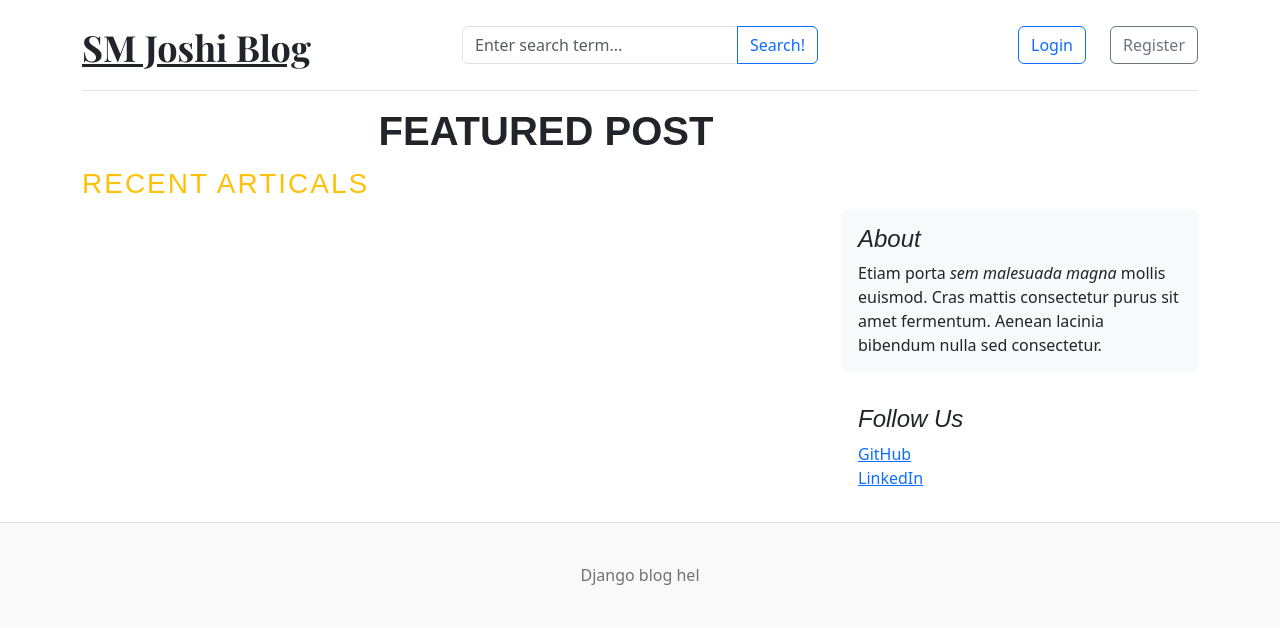
Repository: vijayholve/Blog-Website-Django
Page: templates/home.html
The author's editor kept a copy of each file at every save. The page is drawn from the files as they stood at one save, then again after a run of saves.
The browser window is 1280 px wide. The pictures show the whole page.
Some web fonts or font styles are not loaded; a fallback is used. The template is drawn by Django 5.2. The application's start-up code is not run. Other server files are loaded and not shown. The template is opened directly, without the code that normally fills it, so the values that code supplies are empty.

Above is the page before, as saved 2025-01-29 16:55:11.

### templates/home.html

{% extends 'base/base.html' %}

{% block content %}

{% for post in featured_post %}
 {% if forloop.first %}
<div class="jumbotron p-3 p-md-5 text-white rounded bg-dark" style="background-image: url({{ post.blog_image.url }});background-blend-mode: overlay;background-size:cover;">
    <div class="col-md-8 px-0">
      <h1 class="display-4 font-italic"><a href="{% url 'blogs' post.slug %}">{{ post.title }}</a></h1>
      <p class="lead my-3">{{ post.short_description | truncatewords:20 }}</p>
      <p class="lead mb-0"><a href="#" class="text-white font-weight-bold">Continue reading...</a></p>
    </div>
</div>
  {% endif %}
{% endfor %}


<!-- Featured POST -->
<div class="container row mb-2">
  <div class="container">

    <h1 class="fw-bolder mb-1 mr-4 text-uppercase text-dark text-bold text-lg-center" >Featured POST</h1>
    {% for post in featured_post %}
    {% if not forloop.first %}
    <div class="col-md-6">
      <div class="card border-0" >
        <div class="card-body">
          <h3><a href="{% url 'blogs' post.slug %}">{{ post.title }}</a></h3>
          <small class="mb-1 text-muted">
            <span class=" material-symbols-outlined">
              schedule
            </span>
            {{ post.created_at | timesince }} ago | {{ post.author }}</small>
            <p class="card-text">{{ post.short_description | truncatewords:20 }}</p>
          </div>
        </div>
      </div>
      {% endif %}
      {% endfor %}
    </div>

  </div>
  <!-- Recent artical -->
  <main role="main" class="container ">
    <h3 class="text-uppercase text-warning" style="letter-spacing: 2px;">Recent Articals</h3>
    <div class="row">
      <div class="col-md-8 blog-main">
        {% for post in posts %}
        <div class="card border-0" >
          <div class="card-body">
            <h3><a href="{% url 'blogs' post.slug %}">{{ post.title }}</a></h3>
            <small class="mb-1 text-muted">{{ post.created_at | timesince }} ago | {{ post.author }}</small>
            <p class="card-text">{{ post.short_description | truncatewords:20 }}</p>
          </div>
        </div>
        {% endfor %}
      </div>
      <!-- /.blog-main -->

      <aside class="col-md-4 blog-sidebar">
        <div class="p-3 mb-3 bg-light rounded">
          <h4 class="font-italic">About</h4>
          <p class="mb-0">Etiam porta <em>sem malesuada magna</em> mollis euismod. Cras mattis consectetur purus sit amet fermentum. Aenean lacinia bibendum nulla sed consectetur.</p>
        </div>

        <div class="p-3">
          <h4 class="font-italic">Follow Us</h4>
          <ol class="list-unstyled">
            <li><a href="#">GitHub</a></li>
            <li><a href="#">LinkedIn</a></li>
          </ol>
        </div>
      </aside><!-- /.blog-sidebar -->

    </div><!-- /.row -->

  </main><!-- /.container -->

</div>
{% endblock %}

### templates/base/base.html
<!-- Header part -->
{% include './header.html' %}

<!-- Main content part -->
{% block content %}
<div class="container-fluid">

</div>
{% endblock %}

<!-- Footer -->
{% include './footer.html' %}

### templates/base/header.html
{% load static %}
<!DOCTYPE html>
<html lang="en">
<head>
    <meta charset="UTF-8">
    <meta http-equiv="X-UA-Compatible" content="IE=edge">
    <meta name="viewport" content="width=device-width, initial-scale=1.0">
    <title>SM Joshi Blogs</title>
    <link href="https://getbootstrap.com/docs/4.0/dist/css/bootstrap.min.css" rel="stylesheet">
    <link href="https://fonts.googleapis.com/css?family=Playfair+Display:700,900" rel="stylesheet">
    <link href="{% static 'css/blog.css' %}" rel="stylesheet">
    <link href="{% static 'css/Navbar.css' %}" rel="stylesheet">
    <link rel="stylesheet" href="https://cdn.jsdelivr.net/npm/bootstrap@4.4.1/dist/css/bootstrap.min.css" integrity="sha384-Vkoo8x4CGsO3+Hhxv8T/Q5PaXtkKtu6ug5TOeNV6gBiFeWPGFN9MuhOf23Q9Ifjh" crossorigin="anonymous">
    <link href="https://cdn.jsdelivr.net/npm/bootstrap@5.3.3/dist/css/bootstrap.min.css" rel="stylesheet" integrity="sha384-QWTKZyjpPEjISv5WaRU9OFeRpok6YctnYmDr5pNlyT2bRjXh0JMhjY6hW+ALEwIH" crossorigin="anonymous">
    <link rel="stylesheet" href="https://fonts.googleapis.com/css2?family=Material+Symbols+Outlined:opsz,wght,FILL,GRAD@20..48,100..700,0..1,-50..200&icon_names=schedule" />
    <link rel="stylesheet" href="https://cdnjs.cloudflare.com/ajax/libs/font-awesome/4.7.0/css/font-awesome.min.css">

  </head>
<body>
    <div class="container ">
      <header class="blog-header py-3">
        <div class="row flex-nowrap justify-content-between align-items-center">
          <div class="col-4 pt-1">
            <a class="blog-header-logo text-dark" href="/">SM Joshi Blog</a>
          </div>
          <div class="col-4">
            <form action="{% url 'search' %}" method="GET">
              <div class="input-group">
                <input class="form-control" name="keyword" type="text" placeholder="Enter search term..." aria-label="Enter search term..." aria-describedby="button-search" />
                <button type="submit" class="btn btn-outline-primary" id="button-search" type="button">Search!</button>
            </div>
            </form>
          </div>

          <div class="col-4 d-flex justify-content-end align-items-center">
            {% if not user.is_authenticated %}
            <div class="nav-item ml-4">
              <div class="nav-link">
                <a class="btn btn-outline-primary" href="{% url 'login' %}">Login</a>
              </div>
            </div>
            <div class="nav-item ml-4">
              <div class="nav-link">
                <a class="btn btn-outline-secondary" href="{% url 'register' %}">Register</a>
              </div>
            </div>
            {% else %}
            <div class="nav-item ml-4">
              <div class="nav-link">
                <a class="btn btn-outline-primary" href="{% url 'dashboard' %}">Dashboard</a>
              </div>
            </div>
            <div class="nav-item ml-4">
              <div class="nav-link">
                <a class="btn btn-outline-danger" href="{% url 'logout' %}">Logout</a>
              </div>
            </div>
            {% endif %}
          </div>
        </div>
      </header>

      <div class="nav-scroller py-1 mb-2">
        <nav class="nav d-flex justify-content-between">
          {% for cat in categories %}
          <a class="p-2 text-muted" href="{% url 'posts_by_category' cat.id  %}">{{ cat.category_name }}</a>
          {% endfor %}
        </nav>
      </div>
    </div>
    <script src="https://cdn.jsdelivr.net/npm/bootstrap@5.3.3/dist/js/bootstrap.bundle.min.js" integrity="sha384-YvpcrYf0tY3lHB60NNkmXc5s9fDVZLESaAA55NDzOxhy9GkcIdslK1eN7N6jIeHz" crossorigin="anonymous"></script>
</body>
</html>

### templates/base/footer.html
<footer class="blog-footer">
    <p>Django blog <a>hel</a></p>
  </footer>
  </body>
  </html>

### static/css/blog.css
/* stylelint-disable selector-list-comma-newline-after */

.blog-header {
  border-bottom: 1px solid #e5e5e5;
}

.blog-header-logo {
  font-family: "Playfair Display", Georgia, "Times New Roman", serif/*rtl:Amiri, Georgia, "Times New Roman", serif*/;
  font-size: 2.25rem;
}

.blog-header-logo:hover {
  text-decoration: none;
}

h1, h2, h3, h4, h5, h6 {
  font-family: "Playfair Display", Georgia, "Times New Roman", serif/*rtl:Amiri, Georgia, "Times New Roman", serif*/;
}

.display-4 {
  font-size: 2.5rem;
}
@media (min-width: 768px) {
  .display-4 {
    font-size: 3rem;
  }
}

.flex-auto {
  flex: 0 0 auto;
}

.h-250 { height: 250px; }
@media (min-width: 768px) {
  .h-md-250 { height: 250px; }
}

/* Pagination */
.blog-pagination {
  margin-bottom: 4rem;
}

/*
 * Blog posts
 */
.blog-post {
  margin-bottom: 4rem;
}
.blog-post-title {
  font-size: 2.5rem;
}
.blog-post-meta {
  margin-bottom: 1.25rem;
  color: #727272;
}

/*
 * Footer
 */
.blog-footer {
  padding: 2.5rem 0;
  color: #727272;
  text-align: center;
  background-color: #f9f9f9;
  border-top: .05rem solid #e5e5e5;
}
.blog-footer p:last-child {
  margin-bottom: 0;
}


.material-symbols-outlined{
  width: 20px;
  /* height: 300px; */
}

### static/css/Navbar.css
:root {
    --font-family-sans-serif: "Open Sans", -apple-system, BlinkMacSystemFont,
    "Segoe UI", Roboto, "Helvetica Neue", Arial, sans-serif, "Apple Color Emoji",
    "Segoe UI Emoji", "Segoe UI Symbol", "Noto Color Emoji";
}

*, *::before, *::after {
    -webkit-box-sizing: border-box;
    box-sizing: border-box;
}

html {
    font-family: sans-serif;
    line-height: 1.15;
    -webkit-text-size-adjust: 100%;
    -webkit-tap-highlight-color: rgba(0, 0, 0, 0);
}

nav {
    display: block;
}

body {
    margin: 0;
    font-family: "Open Sans", -apple-system, BlinkMacSystemFont, "Segoe UI",
    Roboto, "Helvetica Neue", Arial, sans-serif, "Apple Color Emoji",
    "Segoe UI Emoji", "Segoe UI Symbol", "Noto Color Emoji";
    font-size: 1rem;
    font-weight: 400;
    line-height: 1.5;
    color: #515151;
    text-align: left;
    background-color: #e9edf4;
}

h1, h2, h3, h4, h5, h6 {
    margin-top: 0;
    margin-bottom: 0.5rem;
}

p {
    margin-top: 0;
    margin-bottom: 1rem;
}

a {
    color: #3f84fc;
    text-decoration: none;
    background-color: transparent;
}

a:hover {
    color: #0458eb;
    text-decoration: underline;
}

h1, h2, h3, h4, h5, h6, .h1, .h2, .h3, .h4, .h5, .h6 {
    font-family: "Nunito", sans-serif;
    margin-bottom: 0.5rem;
    font-weight: 500;
    line-height: 1.2;
}

h1, .h1 {
    font-size: 2.5rem;
    font-weight: normal;
}

.card {
    position: relative;
    display: -webkit-box;
    display: -webkit-flex;
    display: -ms-flexbox;
    display: flex;
    -webkit-box-orient: vertical;
    -webkit-box-direction: normal;
    -webkit-flex-direction: column;
    -ms-flex-direction: column;
    flex-direction: column;
    min-width: 0;
    word-wrap: break-word;
    background-color: #fff;
    background-clip: border-box;
    border: 1px solid rgba(0, 0, 0, 0.125);
    border-radius: 0;
}

.card-body {
    -webkit-box-flex: 1;
    -webkit-flex: 1 1 auto;
    -ms-flex: 1 1 auto;
    flex: 1 1 auto;
    padding: 1.25rem;
}

.card-header {
    padding: 0.75rem 1.25rem;
    margin-bottom: 0;
    background-color: rgba(0, 0, 0, 0.03);
    border-bottom: 1px solid rgba(0, 0, 0, 0.125);
    text-align: center;
}

.dashboard {
    display: -webkit-box;
    display: -webkit-flex;
    display: -ms-flexbox;
    display: flex;
    min-height: 100vh;
}

.dashboard-app {
    display: -webkit-box;
    display: -webkit-flex;
    display: -ms-flexbox;
    display: flex;
    -webkit-box-orient: vertical;
    -webkit-box-direction: normal;
    -webkit-flex-direction: column;
    -ms-flex-direction: column;
    flex-direction: column;
    -webkit-box-flex: 2;
    -webkit-flex-grow: 2;
    -ms-flex-positive: 2;
    flex-grow: 2;
    margin-top: 84px;
}

.dashboard-content {
    -webkit-box-flex: 2;
    -webkit-flex-grow: 2;
    -ms-flex-positive: 2;
    flex-grow: 2;
    padding: 25px;
}

.dashboard-nav {
    min-width: 238px;
    position: fixed;
    left: 0;
    top: 0;
    bottom: 0;
    overflow: auto;
    background-color: #373193;
}

.dashboard-compact .dashboard-nav {
    display: none;
}

.dashboard-nav header {
    min-height: 84px;
    padding: 8px 27px;
    display: -webkit-box;
    display: -webkit-flex;
    display: -ms-flexbox;
    display: flex;
    -webkit-box-pack: center;
    -webkit-justify-content: center;
    -ms-flex-pack: center;
    justify-content: center;
    -webkit-box-align: center;
    -webkit-align-items: center;
    -ms-flex-align: center;
    align-items: center;
}

.dashboard-nav header .menu-toggle {
    display: none;
    margin-right: auto;
}

.dashboard-nav a {
    color: #515151;
}

.dashboard-nav a:hover {
    text-decoration: none;
}

.dashboard-nav {
    background-color: #443ea2;
}

.dashboard-nav a {
    color: #fff;
}

.brand-logo {
    font-family: "Nunito", sans-serif;
    font-weight: bold;
    font-size: 20px;
    display: -webkit-box;
    display: -webkit-flex;
    display: -ms-flexbox;
    display: flex;
    color: #515151;
    -webkit-box-align: center;
    -webkit-align-items: center;
    -ms-flex-align: center;
    align-items: center;
}

.brand-logo:focus, .brand-logo:active, .brand-logo:hover {
    color: #dbdbdb;
    text-decoration: none;
}

.brand-logo i {
    color: #d2d1d1;
    font-size: 27px;
    margin-right: 10px;
}

.dashboard-nav-list {
    display: -webkit-box;
    display: -webkit-flex;
    display: -ms-flexbox;
    display: flex;
    -webkit-box-orient: vertical;
    -webkit-box-direction: normal;
    -webkit-flex-direction: column;
    -ms-flex-direction: column;
    flex-direction: column;
}

.dashboard-nav-item {
    min-height: 56px;
    padding: 8px 20px 8px 70px;
    display: -webkit-box;
    display: -webkit-flex;
    display: -ms-flexbox;
    display: flex;
    -webkit-box-align: center;
    -webkit-align-items: center;
    -ms-flex-align: center;
    align-items: center;
    letter-spacing: 0.02em;
    transition: ease-out 0.5s;
}

.dashboard-nav-item i {
    width: 36px;
    font-size: 19px;
    margin-left: -40px;
}

.dashboard-nav-item:hover {
    background: rgba(255, 255, 255, 0.04);
}

.active {
    background: rgba(0, 0, 0, 0.1);
}

.dashboard-nav-dropdown {
    display: -webkit-box;
    display: -webkit-flex;
    display: -ms-flexbox;
    display: flex;
    -webkit-box-orient: vertical;
    -webkit-box-direction: normal;
    -webkit-flex-direction: column;
    -ms-flex-direction: column;
    flex-direction: column;
}

.dashboard-nav-dropdown.show {
    background: rgba(255, 255, 255, 0.04);
}

.dashboard-nav-dropdown.show > .dashboard-nav-dropdown-toggle {
    font-weight: bold;
}

.dashboard-nav-dropdown.show > .dashboard-nav-dropdown-toggle:after {
    -webkit-transform: none;
    -o-transform: none;
    transform: none;
}

.dashboard-nav-dropdown.show > .dashboard-nav-dropdown-menu {
    display: -webkit-box;
    display: -webkit-flex;
    display: -ms-flexbox;
    display: flex;
}

.dashboard-nav-dropdown-toggle:after {
    content: "";
    margin-left: auto;
    display: inline-block;
    width: 0;
    height: 0;
    border-left: 5px solid transparent;
    border-right: 5px solid transparent;
    border-top: 5px solid rgba(81, 81, 81, 0.8);
    -webkit-transform: rotate(90deg);
    -o-transform: rotate(90deg);
    transform: rotate(90deg);
}

.dashboard-nav .dashboard-nav-dropdown-toggle:after {
    border-top-color: rgba(255, 255, 255, 0.72);
}

.dashboard-nav-dropdown-menu {
    display: none;
    -webkit-box-orient: vertical;
    -webkit-box-direction: normal;
    -webkit-flex-direction: column;
    -ms-flex-direction: column;
    flex-direction: column;
}

.dashboard-nav-dropdown-item {
    min-height: 40px;
    padding: 8px 20px 8px 70px;
    display: -webkit-box;
    display: -webkit-flex;
    display: -ms-flexbox;
    display: flex;
    -webkit-box-align: center;
    -webkit-align-items: center;
    -ms-flex-align: center;
    align-items: center;
    transition: ease-out 0.5s;
}

.dashboard-nav-dropdown-item:hover {
    background: rgba(255, 255, 255, 0.04);
}

.menu-toggle {
    position: relative;
    width: 42px;
    height: 42px;
    display: -webkit-box;
    display: -webkit-flex;
    display: -ms-flexbox;
    display: flex;
    -webkit-box-align: center;
    -webkit-align-items: center;
    -ms-flex-align: center;
    align-items: center;
    -webkit-box-pack: center;
    -webkit-justify-content: center;
    -ms-flex-pack: center;
    justify-content: center;
    color: #443ea2;
}

.menu-toggle:hover, .menu-toggle:active, .menu-toggle:focus {
    text-decoration: none;
    color: #875de5;
}

.menu-toggle i {
    font-size: 20px;
}

.dashboard-toolbar {
    min-height: 84px;
    background-color: #dfdfdf;
    display: -webkit-box;
    display: -webkit-flex;
    display: -ms-flexbox;
    display: flex;
    -webkit-box-align: center;
    -webkit-align-items: center;
    -ms-flex-align: center;
    align-items: center;
    padding: 8px 27px;
    position: fixed;
    top: 0;
    right: 0;
    left: 0;
    z-index: 1000;
}

.nav-item-divider {
    height: 1px;
    margin: 1rem 0;
    overflow: hidden;
    background-color: rgba(236, 238, 239, 0.3);
}

@media (min-width: 992px) {
    .dashboard-app {
        margin-left: 238px;
    }

    .dashboard-compact .dashboard-app {
        margin-left: 0;
    }
}


@media (max-width: 768px) {
    .dashboard-content {
        padding: 15px 0px;
    }
}

@media (max-width: 992px) {
    .dashboard-nav {
        display: none;
        position: fixed;
        top: 0;
        right: 0;
        left: 0;
        bottom: 0;
        z-index: 1070;
    }

    .dashboard-nav.mobile-show {
        display: block;
    }
}

@media (max-width: 992px) {
    .dashboard-nav header .menu-toggle {
        display: -webkit-box;
        display: -webkit-flex;
        display: -ms-flexbox;
        display: flex;
    }
}

@media (min-width: 992px) {
    .dashboard-toolbar {
        left: 238px;
    }

    .dashboard-compact .dashboard-toolbar {
        left: 0;
    }
}

After the next 2 saves:
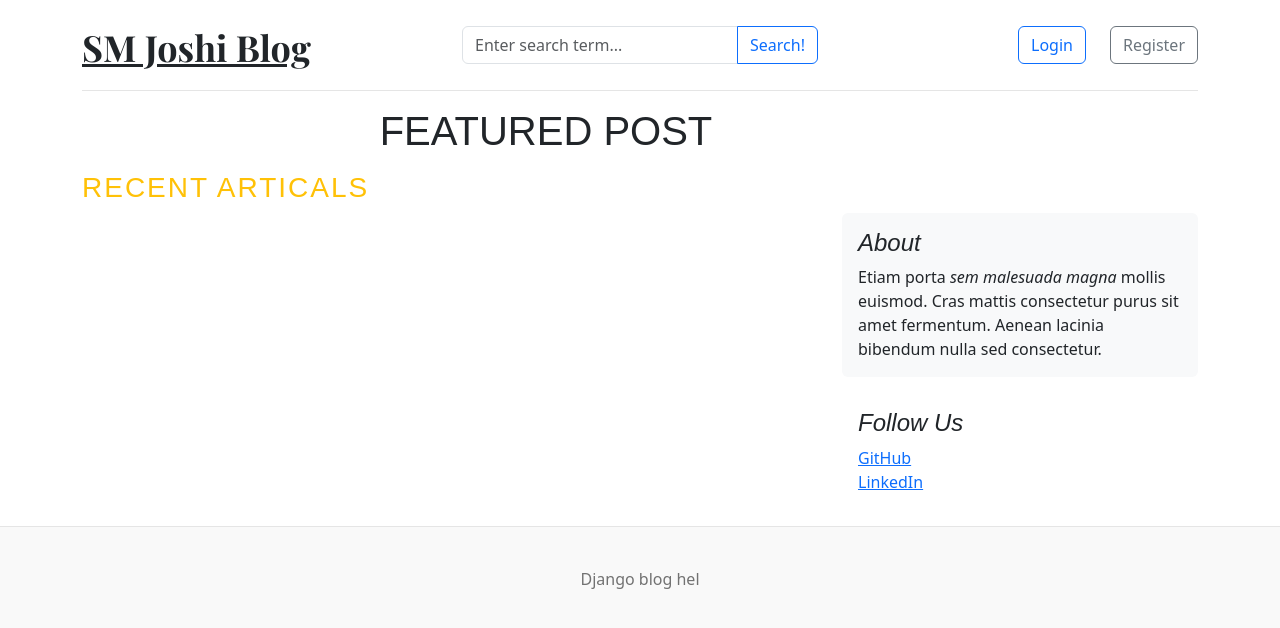
The 2 saves are shown as one change because they came seconds apart.
The last was saved 16 s later.
--- a/templates/home.html
+++ b/templates/home.html
@@ -20,7 +20,7 @@
 <div class="container row mb-2">
   <div class="container">
 
-    <h1 class="fw-bolder mb-1 mr-4 text-uppercase text-dark text-bold text-lg-center" >Featured POST</h1>
+    <h1 class=" mr-4 text-uppercase text-dark text-bold text-center" >Featured POST</h1>
     {% for post in featured_post %}
     {% if not forloop.first %}
     <div class="col-md-6">
